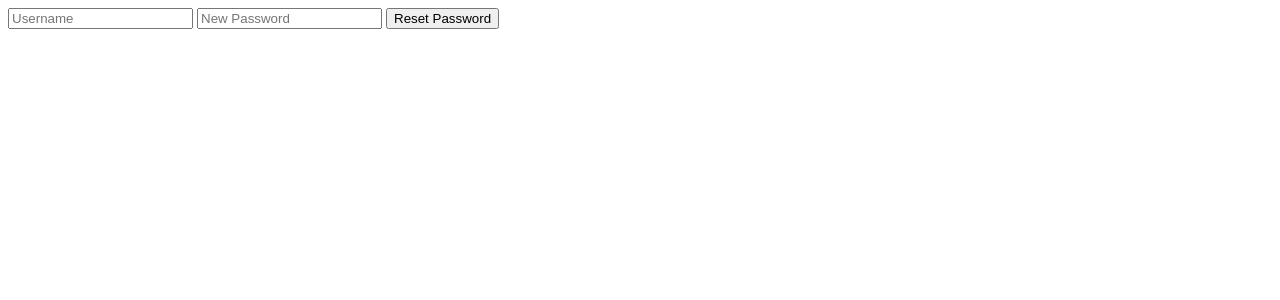
Repository: Carwyn1101/NguyenDinhHongPhuc_22133041
Page: http://localhost/LapTrinhWeb/views/forgetPassword.jsp
An editor plug-in stored every save of this project. The page is shown before and after the next save, followed by the edit.
The browser window is 1280 px wide. The pictures show the whole page.
The page is served by Tomcat 10. Nobody is signed in. The application's start-up code is not run. Other server files are loaded and not shown.

Above is the page before, as saved 2024-09-15 05:40:10.

### LapTrinhWeb/src/main/webapp/views/forgetPassword.jsp
<form method="post" action="forgetPassword">
    <input type="text" name="username" placeholder="Username" required />
    <input type="password" name="newPassword" placeholder="New Password" required />
    <input type="submit" value="Reset Password" />
</form>

After the next save:
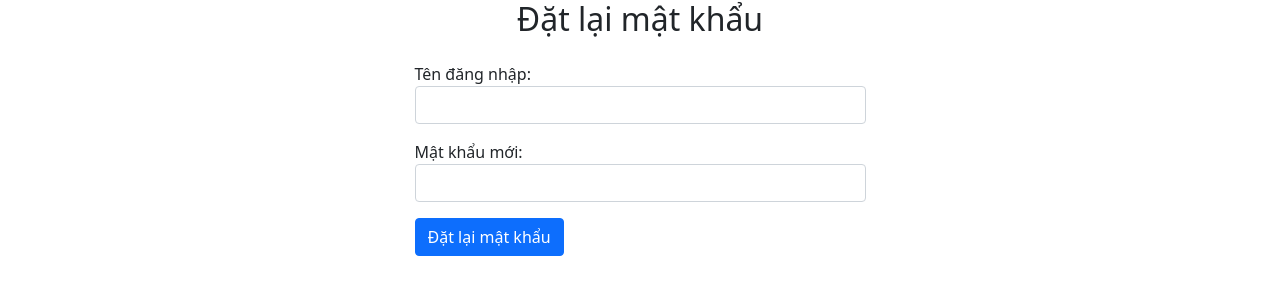
Saved 37 s later.
--- a/LapTrinhWeb/src/main/webapp/views/forgetPassword.jsp
+++ b/LapTrinhWeb/src/main/webapp/views/forgetPassword.jsp
@@ -1,5 +1,38 @@
-<form method="post" action="forgetPassword">
-    <input type="text" name="username" placeholder="Username" required />
-    <input type="password" name="newPassword" placeholder="New Password" required />
-    <input type="submit" value="Reset Password" />
-</form>
+<%@ page language="java" contentType="text/html; charset=UTF-8"
+    pageEncoding="UTF-8"%>
+<%@ taglib prefix="c" uri="http://java.sun.com/jsp/jstl/core" %>
+<!DOCTYPE html>
+<html>
+<head>
+    <meta charset="UTF-8">
+    <meta name="viewport" content="width=device-width, initial-scale=1">
+    <!-- Bootstrap CSS -->
+    <link href="https://cdn.jsdelivr.net/npm/bootstrap@5.0.2/dist/css/bootstrap.min.css" rel="stylesheet">
+    <title>Quên mật khẩu</title>
+</head>
+<body>
+    <div class="container">
+        <div class="row justify-content-center">
+            <div class="col-12 col-md-5">
+                <form method="post" action="forgetPassword">
+                    <c:if test="${error != null}">
+                        <div class="alert alert-danger">${error}</div>
+                    </c:if>
+                    <h2 class="text-center mb-4">Đặt lại mật khẩu</h2>
+                    <div class="form-group mb-3">
+                        <label for="username">Tên đăng nhập:</label>
+                        <input type="text" id="username" name="username" class="form-control" required />
+                    </div>
+                    <div class="form-group mb-3">
+                        <label for="newPassword">Mật khẩu mới:</label>
+                        <input type="password" id="newPassword" name="newPassword" class="form-control" required />
+                    </div>
+                    <div class="form-group mt-3">
+                        <button type="submit" class="btn btn-primary">Đặt lại mật khẩu</button>
+                    </div>
+                </form>
+            </div>
+        </div>
+    </div>
+</body>
+</html>
